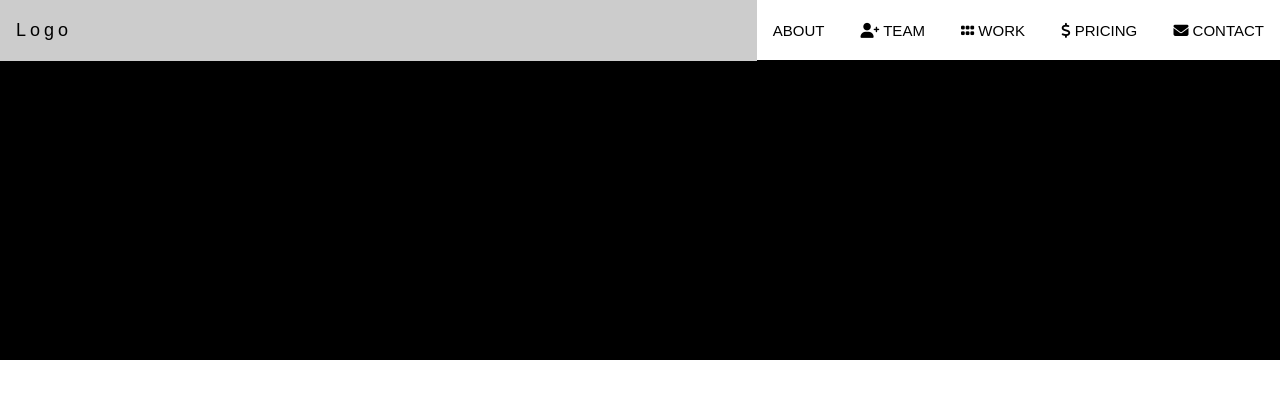
Repository: husterDC/Test
Page: index.html
These files come from the project's save history. The page is drawn as it stood at one moment and after the next save; the edit follows.
The browser window is 1280 px wide. The pictures show the whole page.

Above is the page before, as saved 2022-10-12 17:10:01.

After the next save:
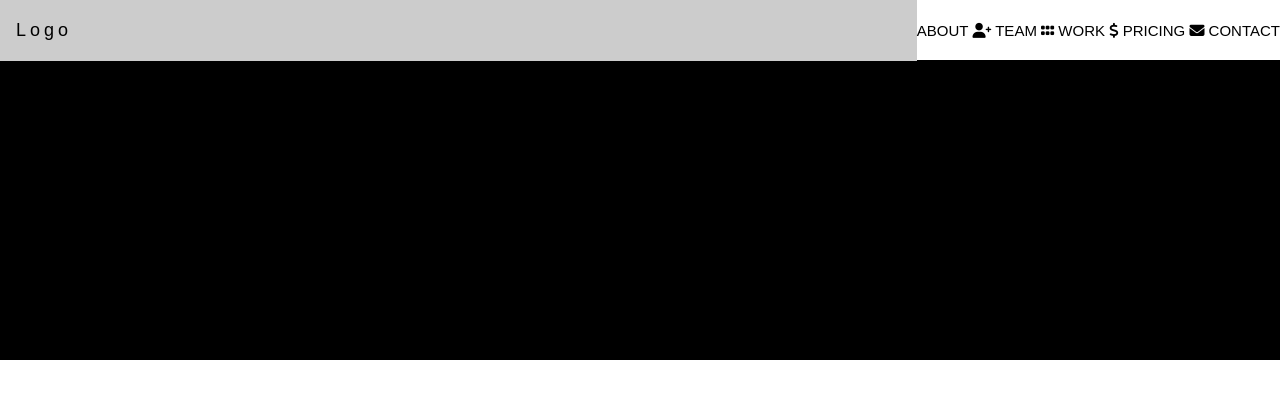
Saved 29 s later.
--- a/assets/style.css
+++ b/assets/style.css
@@ -31,7 +31,7 @@
 .header_nav-item {
     height: 100%;
     display: inline-block;
-    padding: 20px 16px;
+    padding: auto 16px;
     text-align: center;
 
 }

After the save that followed:
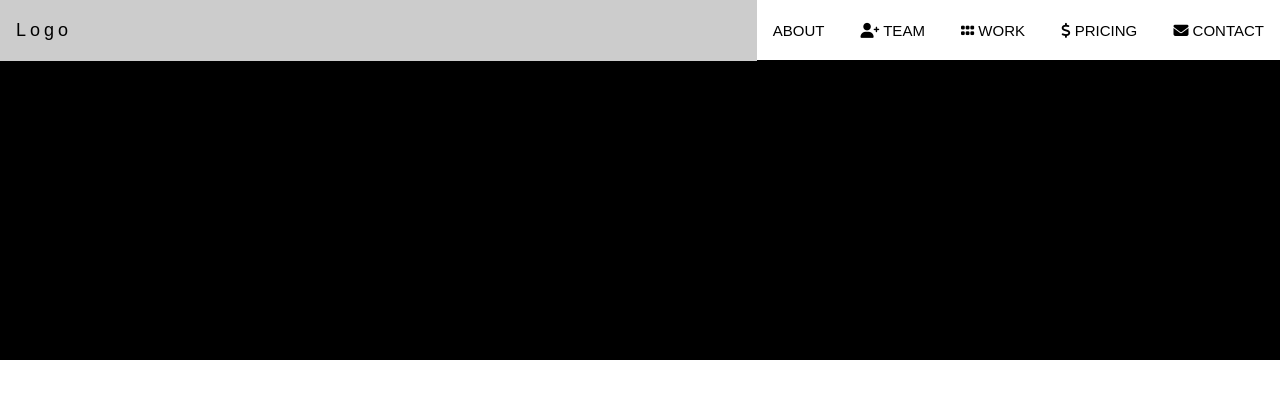
Saved 16 s later.
--- a/assets/style.css
+++ b/assets/style.css
@@ -31,7 +31,7 @@
 .header_nav-item {
     height: 100%;
     display: inline-block;
-    padding: auto 16px;
+    padding: 20px 16px;
     text-align: center;
 
 }
